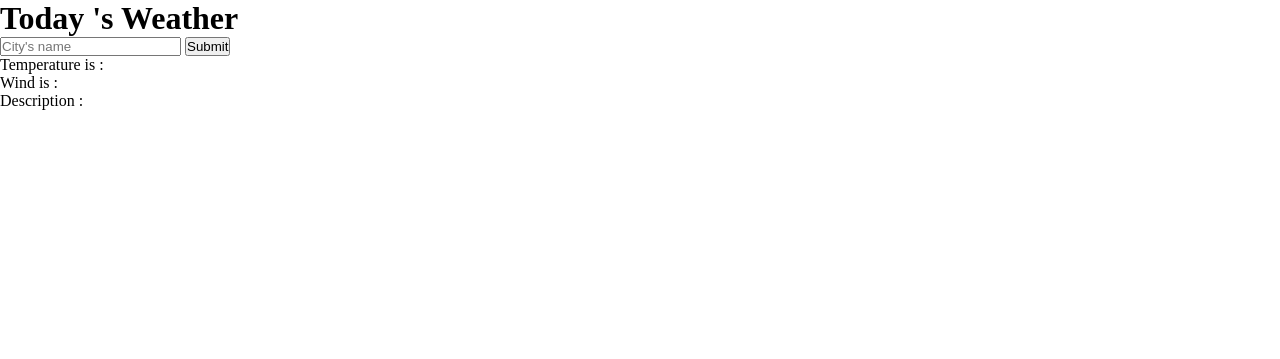
Repository: heartbreathing/searchWeather
Page: index.html
The author's editor kept a copy of each file at every save. The page is drawn from the files as they stood at one save, then again after a run of saves.
The browser window is 1280 px wide. The pictures show the whole page.

Above is the page before, as saved 2022-11-06 22:28:43.

After the next 3 saves:
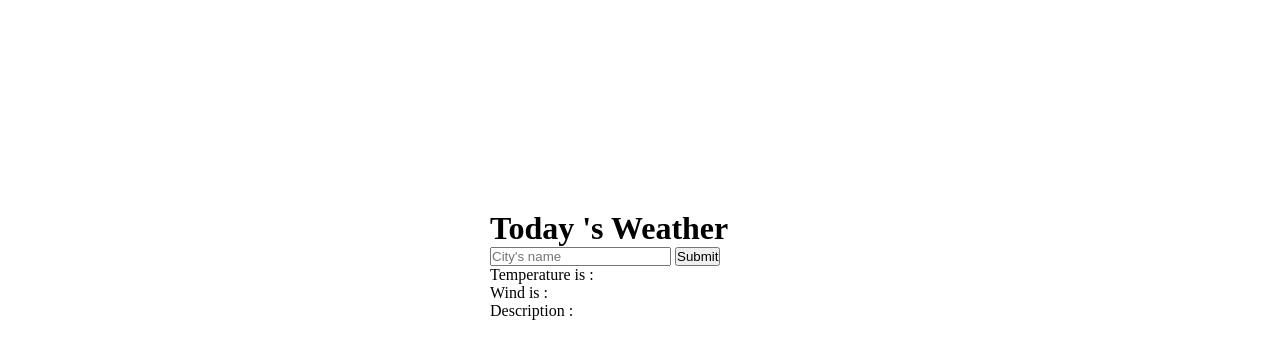
The 3 saves are shown as one change because they came seconds apart.
The last was saved 23 s later.
--- a/index.css
+++ b/index.css
@@ -8,7 +8,8 @@ body {
     /* font-family: 'Lucida Sans', 'Lucida Sans Regular', 'Lucida Grande', 'Lucida Sans Unicode', Geneva, Verdana, sans-serif ;
     color: brown; */
 }
-/* .content {
+.content {
+    position: absolute;
     width: 300px;
     height: 300px;
     top:50%;
@@ -16,4 +17,4 @@ body {
     transform: translate(-50%, -50%);
 
 
-} */
+}
